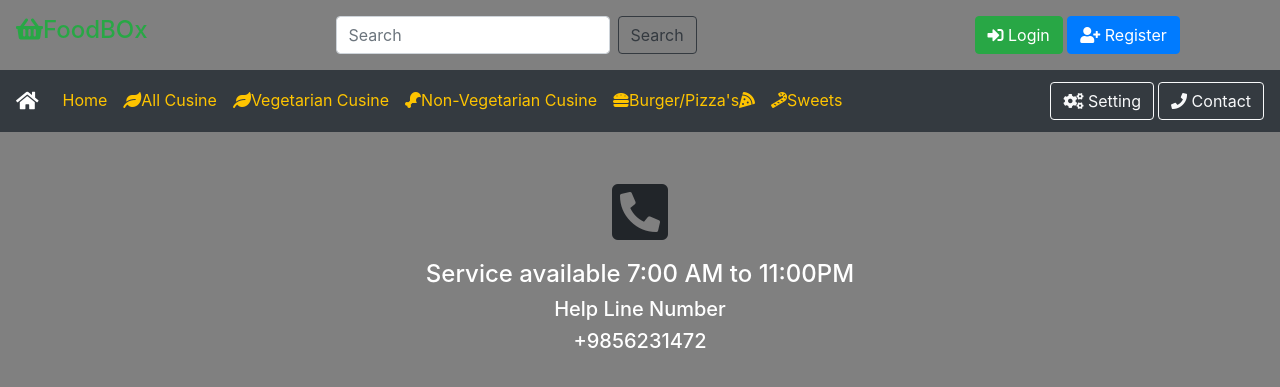
Repository: debjaniprofessional32/Capstone-Final-FoodBox-Delivery-Project
Page: http://localhost/OnlinFoodBOX/helpcenter.jsp
The author's editor kept a copy of each file at every save. The page is drawn from the files as they stood at one save, then again after the next save.
The browser window is 1280 px wide. The pictures show the whole page.
Some web libraries are served in a nearby version. The page is served by Tomcat 9.

Above is the page before, as saved 2022-12-23 13:02:37.

After the next save:
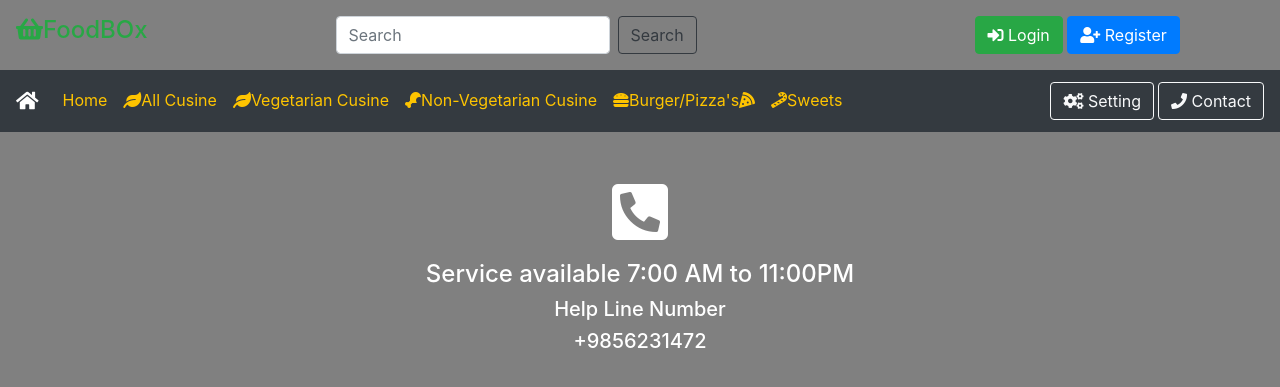
Saved 14 s later.
--- a/OnlinFoodBOX/src/main/webapp/helpcenter.jsp
+++ b/OnlinFoodBOX/src/main/webapp/helpcenter.jsp
@@ -10,7 +10,7 @@
 <body>
 <%@include file="all_Component/navbar.jsp"%>
 <div class=" justify-content-center p-5">
-<center><i class=" fas fa-phone-square-alt fa-4x  "></i></center>
+<center><i class=" fas fa-phone-square-alt fa-4x text-white  "></i></center>
 <p>
 <h4 class="text-center text-white" >Service available 7:00 AM to 11:00PM</h4>
 <h5 class="text-center text-white">Help Line Number</h5>

After the save that followed:
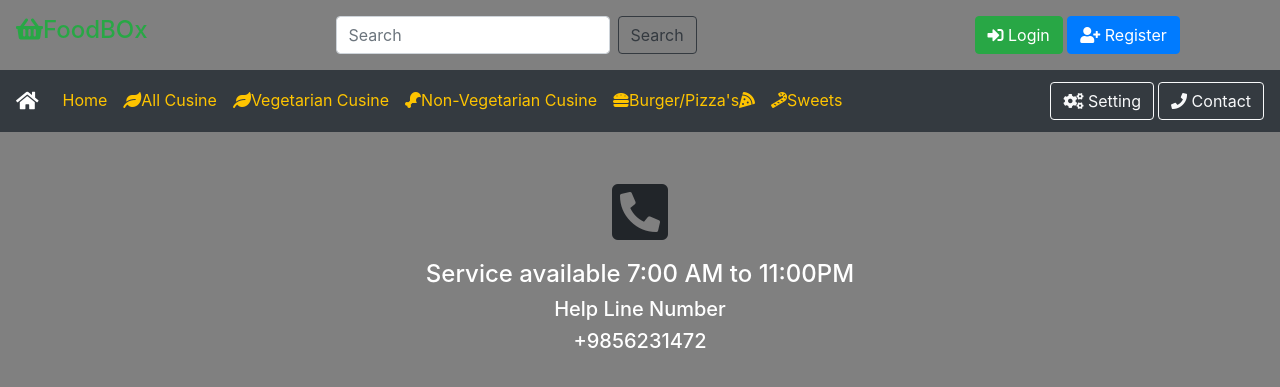
Saved 11 s later.
--- a/OnlinFoodBOX/src/main/webapp/helpcenter.jsp
+++ b/OnlinFoodBOX/src/main/webapp/helpcenter.jsp
@@ -10,7 +10,7 @@
 <body>
 <%@include file="all_Component/navbar.jsp"%>
 <div class=" justify-content-center p-5">
-<center><i class=" fas fa-phone-square-alt fa-4x text-white  "></i></center>
+<center><i class=" fas fa-phone-square-alt fa-4x   "></i></center>
 <p>
 <h4 class="text-center text-white" >Service available 7:00 AM to 11:00PM</h4>
 <h5 class="text-center text-white">Help Line Number</h5>
